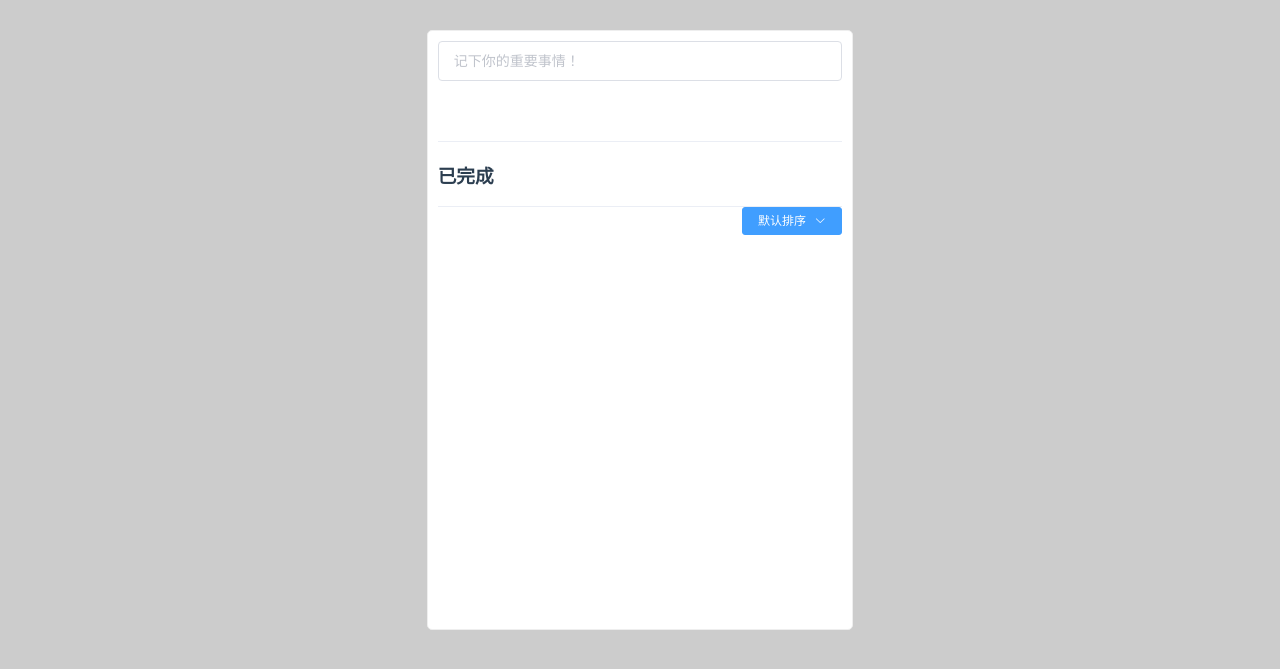
Repository: JonathanLee-LX/ToDo-LX
Page: /
An editor plug-in stored every save of this project. The page is shown before and after the next save, followed by the edit.
The browser window is 1280 px wide. The pictures show the whole page.
The project was rebuilt for these pictures with package versions that can differ from the ones it lists, and the page was loaded fresh each time.

Above is the page before, as saved 2018-06-30 18:24:45.

After the next save:
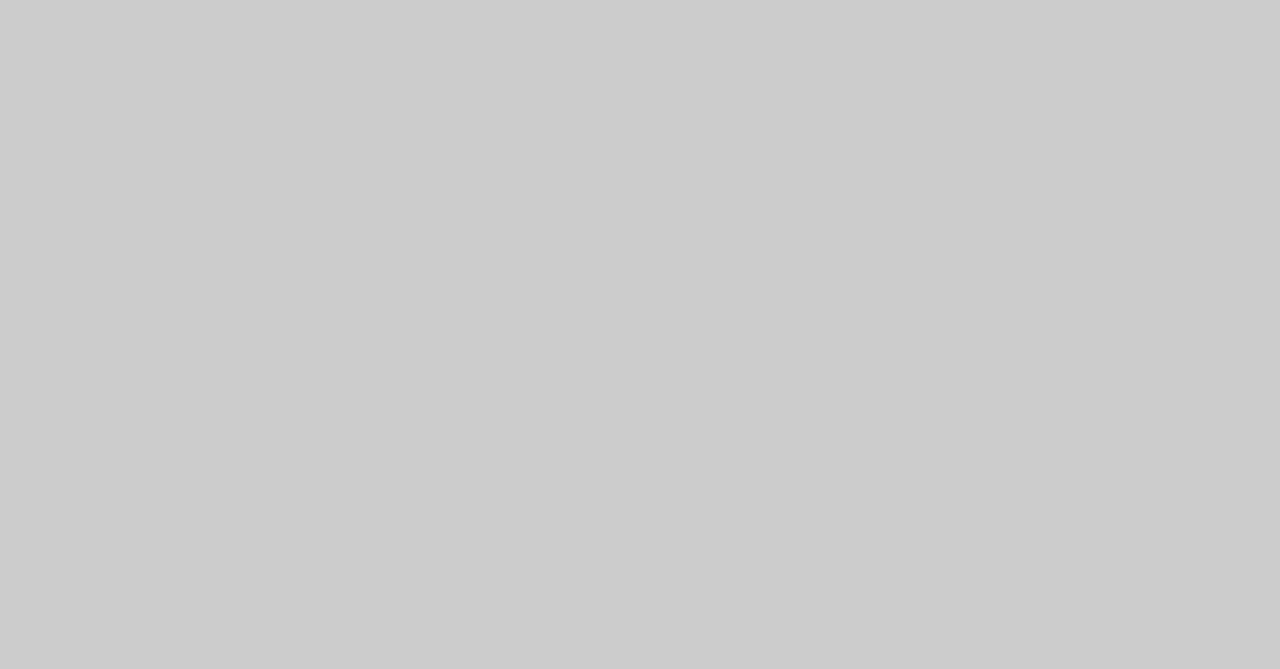
Console error: ReferenceError: array is not defined
Saved 13 s later.
--- a/src/components/Done-Item.vue
+++ b/src/components/Done-Item.vue
@@ -42,6 +42,7 @@
     },
     props: {
       doneList: {
+        type: array,
 
       }
     },

After the save that followed:
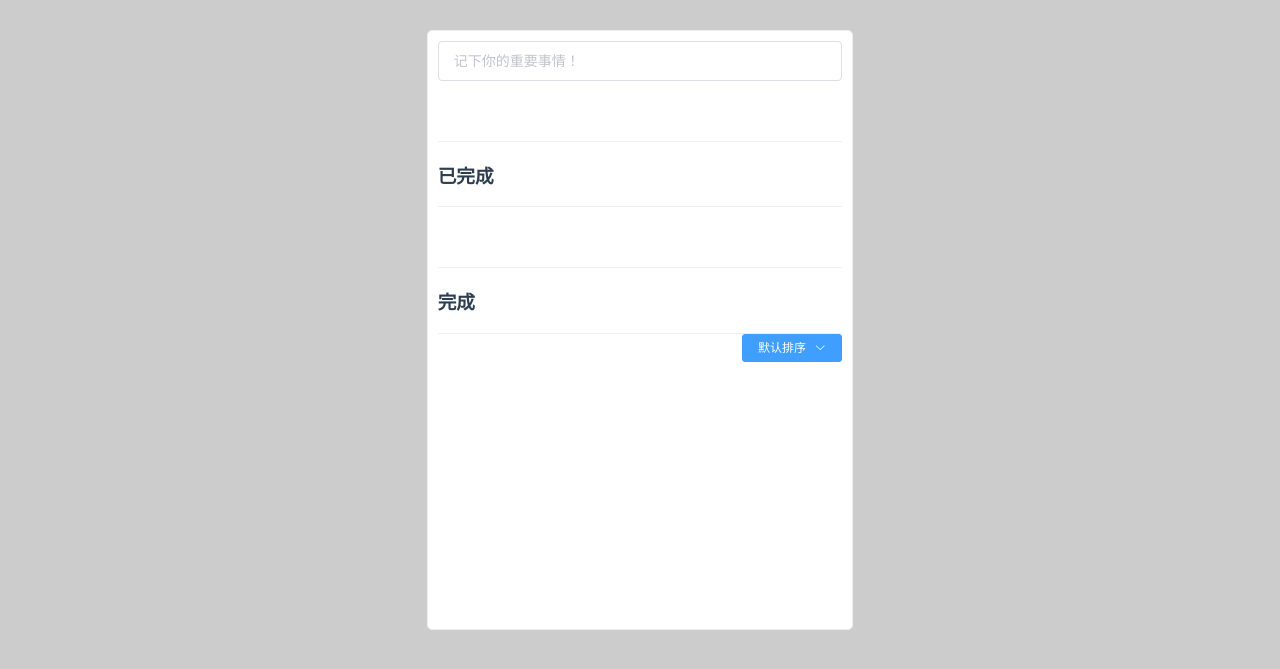
The error is gone.
Saved 17 s later.
--- a/src/components/Done-Item.vue
+++ b/src/components/Done-Item.vue
@@ -42,8 +42,8 @@
     },
     props: {
       doneList: {
-        type: array,
-
+        type: Array,
+        default: []
       }
     },
     undo (todo) {
